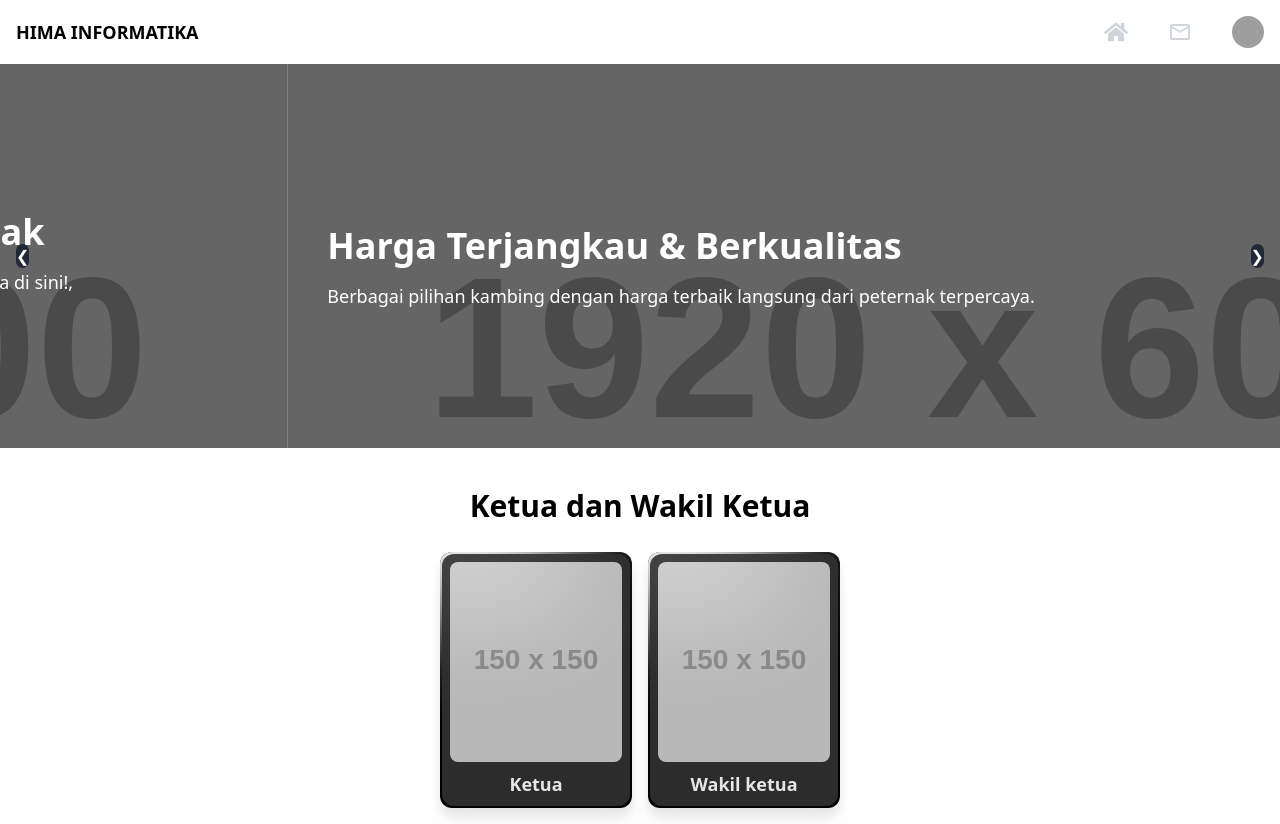
Repository: MUHAMADTEGARWIJAYA/himaif
Page: /
These files come from the project's save history. The page is drawn as it stood at one moment and after the next save; the edit follows.
The browser window is 1280 px wide. The pictures show the whole page.
Pictures or frames that could not be fetched are drawn as grey boxes. The project was rebuilt for these pictures with package versions that can differ from the ones it lists, and the page was loaded fresh each time. Also part of the build but not shown: vite.config.js.

Above is the page before, as saved 2024-12-21 14:08:56.

After the next save:
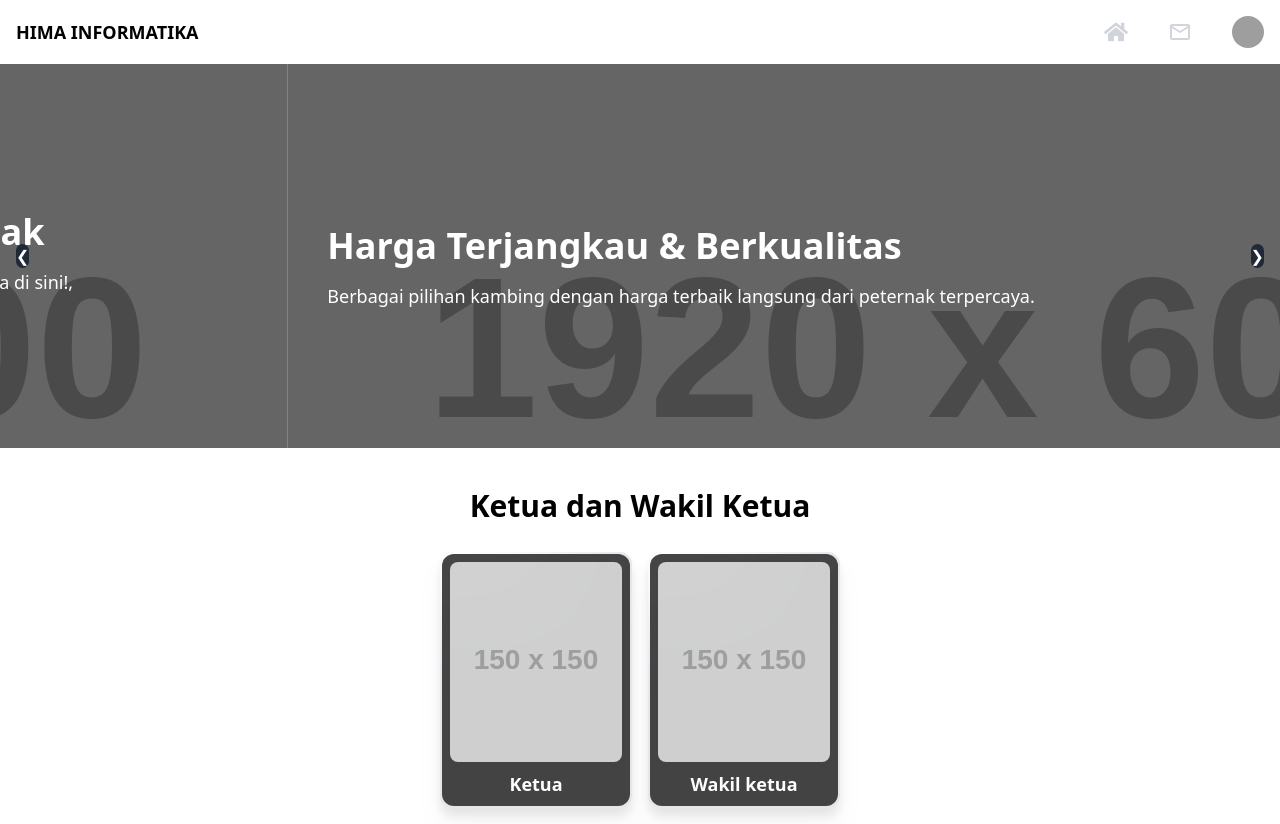
Saved 52 s later.
--- a/src/pages/Members.jsx
+++ b/src/pages/Members.jsx
@@ -3,7 +3,7 @@
 const Card = ({ title, image }) => {
   return (
 
-    <div className="relative drop-shadow-xl w-48 h-64 overflow-hidden rounded-xl bg-black transform transition-transform hover:scale-105 hover:rotate-2">
+    <div className="relative drop-shadow-xl w-48 h-64 overflow-hidden rounded-xl bg-gray-200 transform transition-transform hover:scale-105 hover:rotate-2">
       <div className="absolute inset-0.5 flex flex-col items-center justify-between text-white z-[1] opacity-90 rounded-xl bg-[#323132] p-2">
         <img
           src={image}

After the save that followed:
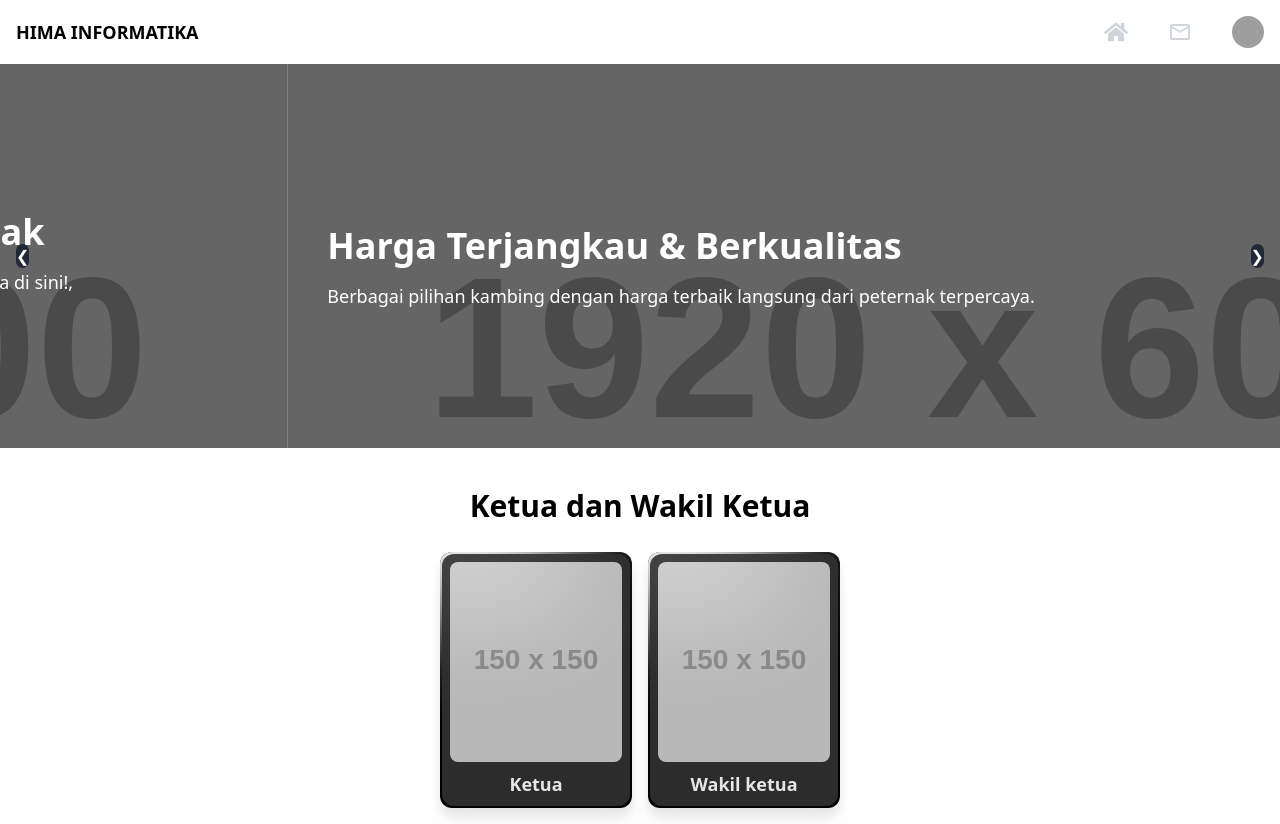
Saved 5 s later.
--- a/src/pages/Members.jsx
+++ b/src/pages/Members.jsx
@@ -3,7 +3,7 @@
 const Card = ({ title, image }) => {
   return (
 
-    <div className="relative drop-shadow-xl w-48 h-64 overflow-hidden rounded-xl bg-gray-200 transform transition-transform hover:scale-105 hover:rotate-2">
+    <div className="relative drop-shadow-xl w-48 h-64 overflow-hidden rounded-xl bg-black transform transition-transform hover:scale-105 hover:rotate-2">
       <div className="absolute inset-0.5 flex flex-col items-center justify-between text-white z-[1] opacity-90 rounded-xl bg-[#323132] p-2">
         <img
           src={image}
